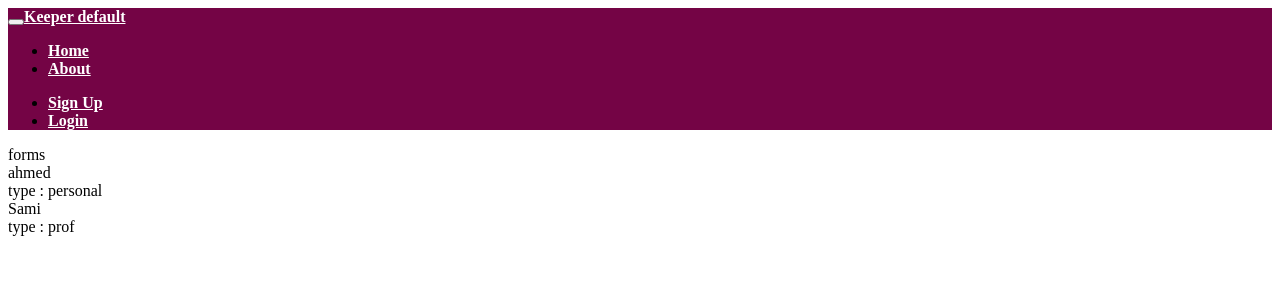
Repository: 3bdulrahman/contact-keeper
Page: / (app in client/)
The author's editor kept a copy of each file at every save. The page is drawn from the files as they stood at one save, then again after the next save.
The browser window is 1280 px wide. The pictures show the whole page.
The project was rebuilt for these pictures with package versions that can differ from the ones it lists, and the page was loaded fresh each time. A package was used in the major version that the imports need, not the one package.json lists. Also part of the build but not shown: client/src/components/pages/About.js.

Above is the page before, as saved 2020-04-04 20:52:04.

After the next save:
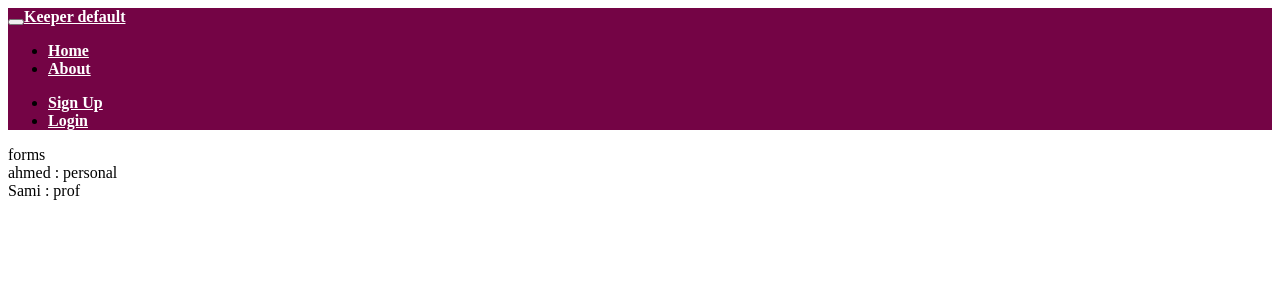
Saved 104 s later.
--- a/client/src/components/contacts/contactsItem.js
+++ b/client/src/components/contacts/contactsItem.js
@@ -4,9 +4,9 @@ import React from 'react'
     const {id,name,email,phone,type} = contact
     return (
         <div className="card">
-              <div className="card-header">{name}</div>
+
               <div className="card-body">
-                  type : <span className={'badge ' + (type==='personal'?'badge-primary':'badge-danger')}>{type}</span>
+              {name} : <span className={'badge ' + (type==='personal'?'badge-primary':'badge-danger')}>{type}</span>
               </div>
         </div>
     )
